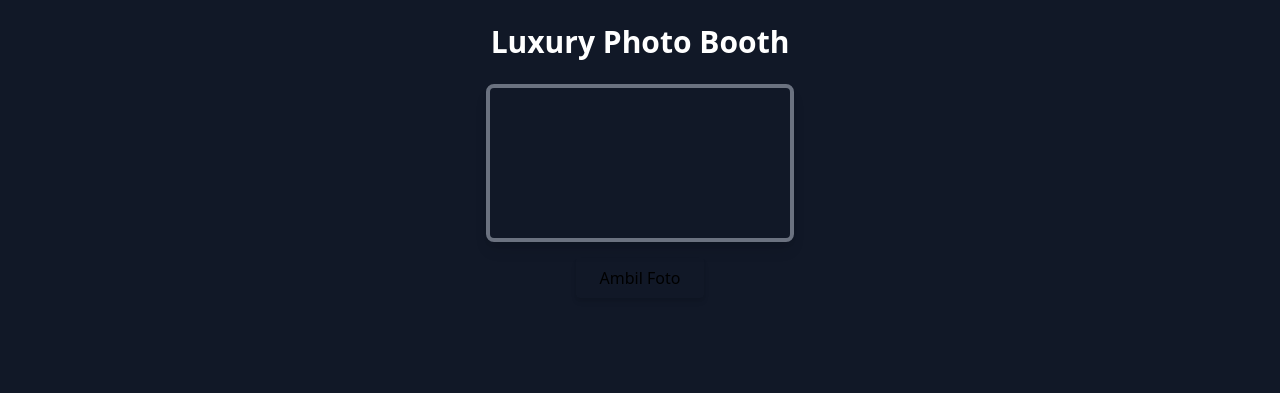
Repository: GiraldoNainggolan/Photo-Booth
Page: /
The author's editor kept a copy of each file at every save. The page is drawn from the files as they stood at one save, then again after the next save.
The browser window is 1280 px wide. The pictures show the whole page.
The page's requests for data from a server got no answer. The project was rebuilt for these pictures with package versions that can differ from the ones it lists, and the page was loaded fresh each time. No one was signed in, and anything a server would have sent is missing.

Above is the page before, as saved 2025-04-03 14:31:57.

After the next save:
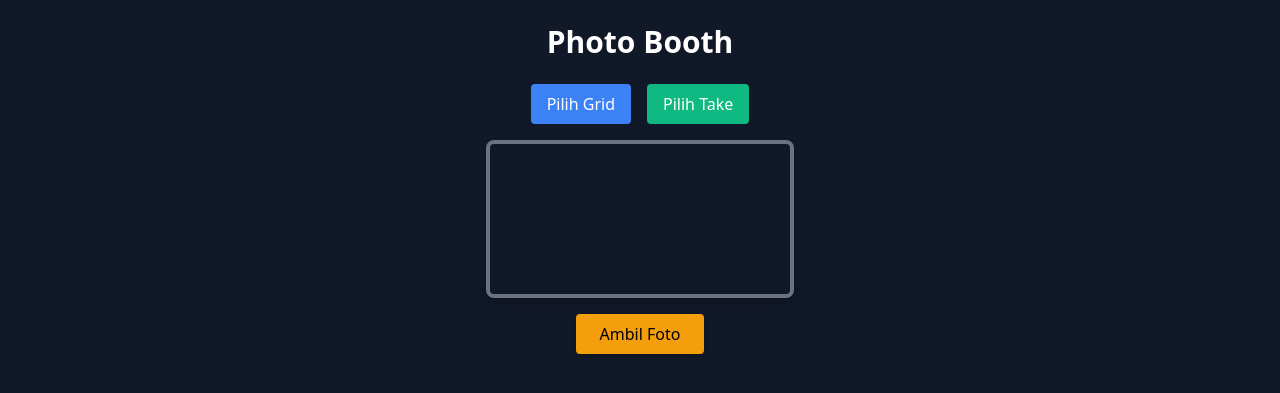
Saved 4 min 34 s later.
--- a/src/App.js
+++ b/src/App.js
@@ -1,12 +1,106 @@
-import React from "react";
-import PhotoBooth from "./PhotoBooth";
+import React, { useState, useRef } from "react";
+import Webcam from "react-webcam";
+import { useReactToPrint } from "react-to-print";
 
-function App() {
+const PhotoBoothApp = () => {
+  const [grid, setGrid] = useState(1);
+  const [takeCount, setTakeCount] = useState(1);
+  const [dropdownOpen, setDropdownOpen] = useState(false);
+  const [takeOpen, setTakeOpen] = useState(false);
+  const [images, setImages] = useState([]);
+  const webcamRef = useRef(null);
+  const printRef = useRef();
+
+  const handlePrint = useReactToPrint({
+    content: () => printRef.current,
+  });
+
+  const capture = () => {
+    if (webcamRef.current) {
+      const newImages = [];
+      for (let i = 0; i < takeCount; i++) {
+        const imageSrc = webcamRef.current.getScreenshot();
+        newImages.push(imageSrc);
+      }
+      setImages(newImages);
+    }
+  };
+
   return (
-    <div className="App">
-      <PhotoBooth />
+    <div className="p-6 bg-gray-900 text-white min-h-screen flex flex-col items-center">
+      <h1 className="text-3xl font-bold mb-6">Photo Booth</h1>
+
+      <div className="flex space-x-4 mb-4">
+        <div className="relative inline-block text-left">
+          <button
+            className="bg-blue-500 text-white px-4 py-2 rounded"
+            onClick={() => setDropdownOpen(!dropdownOpen)}
+          >
+            Pilih Grid
+          </button>
+          <div className={`absolute mt-2 bg-white shadow-lg rounded w-32 ${dropdownOpen ? "block" : "hidden"}`}>
+            {[1, 2, 3, 4].map((g) => (
+              <button
+                key={g}
+                onClick={() => { setGrid(g); setDropdownOpen(false); }}
+                className="block px-4 py-2 hover:bg-gray-200 w-full text-left"
+              >
+                {g}x{g}
+              </button>
+            ))}
+          </div>
+        </div>
+
+        <div className="relative inline-block text-left">
+          <button
+            className="bg-green-500 text-white px-4 py-2 rounded"
+            onClick={() => setTakeOpen(!takeOpen)}
+          >
+            Pilih Take
+          </button>
+          <div className={`absolute mt-2 bg-white shadow-lg rounded w-32 ${takeOpen ? "block" : "hidden"}`}>
+            {[1, 2, 3, 4, 5].map((t) => (
+              <button
+                key={t}
+                onClick={() => { setTakeCount(t); setTakeOpen(false); }}
+                className="block px-4 py-2 hover:bg-gray-200 w-full text-left"
+              >
+                {t}x Take
+              </button>
+            ))}
+          </div>
+        </div>
+      </div>
+
+      {!images.length ? (
+        <>
+          <Webcam ref={webcamRef} screenshotFormat="image/png" className="border-4 border-gray-500 rounded-lg shadow-lg" />
+          <button className="mt-4 bg-yellow-500 text-black px-6 py-2 rounded shadow-md hover:bg-yellow-600" onClick={capture}>
+            Ambil Foto
+          </button>
+        </>
+      ) : (
+        <div ref={printRef} className={`grid grid-cols-${grid} gap-2 mt-6`}>
+          {images.map((img, index) => (
+            <div key={index} className="w-24 h-24 border flex items-center justify-center">
+              <img src={img} alt={`Captured ${index + 1}`} className="w-full h-full object-cover" />
+            </div>
+          ))}
+        </div>
+      )}
+
+      {images.length > 0 && (
+        <div className="mt-4 flex space-x-4">
+          <button className="bg-red-500 text-white px-6 py-2 rounded shadow-md hover:bg-red-700" onClick={handlePrint}>
+            Cetak Foto
+          </button>
+          <button className="bg-gray-500 text-white px-6 py-2 rounded shadow-md hover:bg-gray-700" onClick={() => setImages([])}>
+            Ambil Lagi
+          </button>
+        </div>
+      )}
     </div>
   );
-}
+};
 
-export default App;
+export default PhotoBoothApp;
